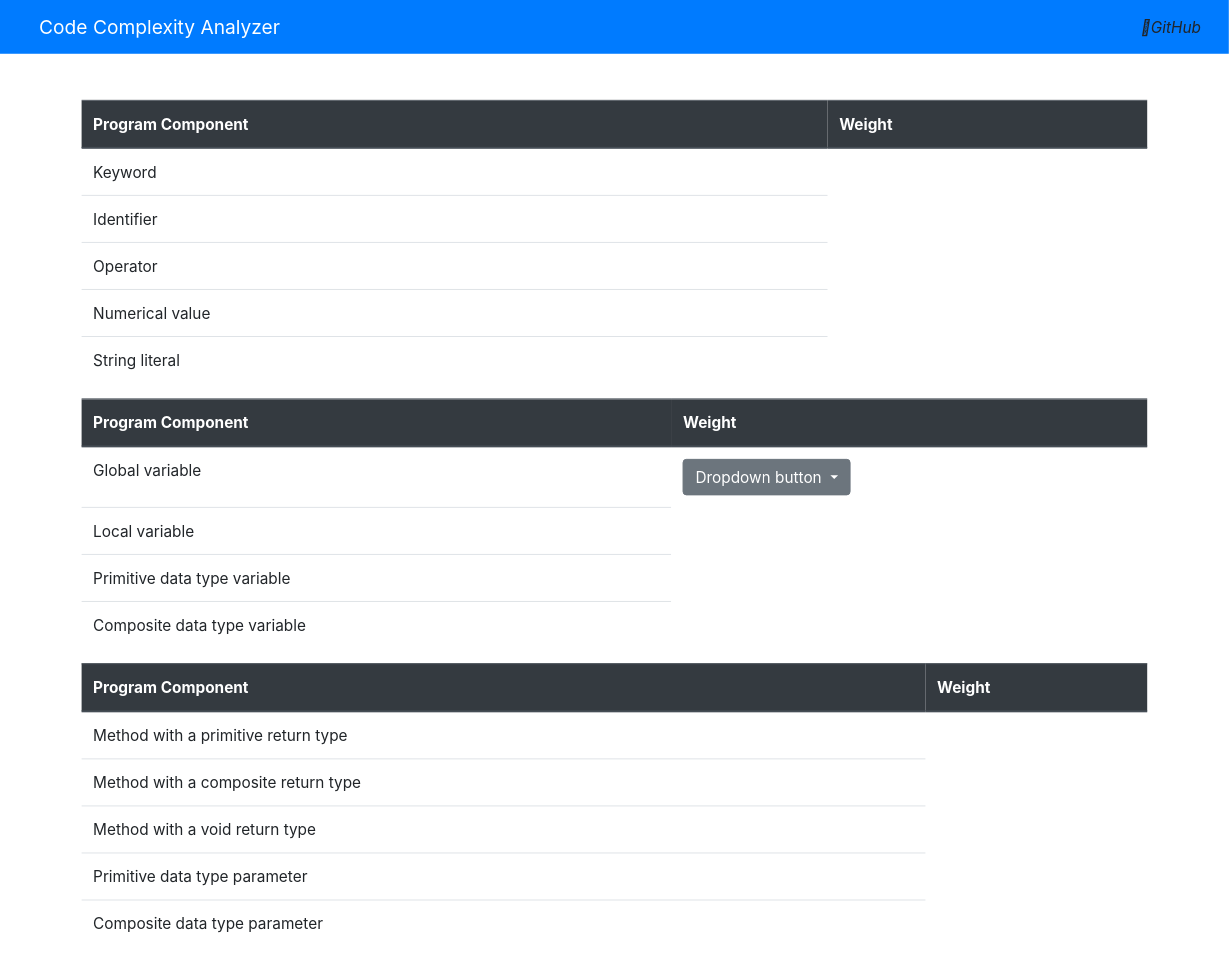
Repository: DinuwanB/Code-Complexity-Analyzer
Page: http://localhost/ITPM/Weight.jsp
These files come from the project's save history. The page is drawn as it stood at one moment and after the next save; the edit follows.
The browser window is 1280 px wide. The pictures show the whole page, at 96% of full size.
The page is served by Tomcat 9. Other server files are loaded and not shown.

Above is the page before, as saved 2020-05-21 14:40:24.

### ITPM/src/main/webapp/Weight.jsp
<%@ page language="java" contentType="text/html; charset=ISO-8859-1"
    pageEncoding="ISO-8859-1"%>
<!DOCTYPE html>
<html>
<head>
<meta charset="ISO-8859-1">
<title>Weight</title>
<link rel="stylesheet"
	href="https://stackpath.bootstrapcdn.com/bootstrap/4.4.1/css/bootstrap.min.css"
	integrity="sha384-Vkoo8x4CGsO3+Hhxv8T/Q5PaXtkKtu6ug5TOeNV6gBiFeWPGFN9MuhOf23Q9Ifjh"
	crossorigin="anonymous">
<link
	href="https://stackpath.bootstrapcdn.com/font-awesome/4.7.0/css/font-awesome.min.css"
	rel="stylesheet"
	integrity="sha384-wvfXpqpZZVQGK6TAh5PVlGOfQNHSoD2xbE+QkPxCAFlNEevoEH3Sl0sibVcOQVnN"
	crossorigin="anonymous">
</head>
<body>
<nav class="navbar navbar-dark bg-primary">
		<div class="container">
			<a class="navbar-brand" href="#">Code Complexity Analyzer</a>
		</div>
		<button class="btn btn" type="submit" id="inputGroupFileAddon04">
			<i class="fab fa-github-square">GitHub</i>
		</button>

	</nav>
	<br>
	<br>
	<form action="upload" method="POST" enctype="multipart/form-data">
			<div class="container">
	<table class="table">
  <thead class="thead-dark">
    <tr>
      <th scope="col">Program Component</th>
      <th scope="col">Weight</th>
    </tr>
  </thead>
  <tbody>
    <tr>
      <td>Keyword</td>
    </tr>
    <tr>
     <td>Identifier</td>
    </tr>
  	<tr>
  	 <td>Operator</td>
  	</tr>
  	<tr>
  	<td>Numerical value</td>
    </tr>
    <tr>
    <td>String literal</td>
    </tr>
  </tbody>
</table>
<table class="table">
  <thead class="thead-dark">
    <tr>
      <th scope="col">Program Component</th>
      <th scope="col">Weight</th>
    </tr>
  </thead>
  <tbody>
    <tr>
      <td>Global variable</td>
      <td>
      <div class="dropdown">
  <button class="btn btn-secondary dropdown-toggle" type="button" id="dropdownMenuButton" data-toggle="dropdown" aria-haspopup="true" aria-expanded="false">
    Dropdown button
  </button>
  <div class="dropdown-menu" aria-labelledby="dropdownMenuButton">
    <a class="dropdown-item" href="#">Action</a>
    <a class="dropdown-item" href="#">Another action</a>
    <a class="dropdown-item" href="#">Something else here</a>
  </div>
</div>
</td>
    </tr>
    <tr>
     <td>Local variable</td>
    </tr>
  	<tr>
  	 <td>Primitive data type variable</td>
  	</tr>
  	<tr>
  	<td>Composite data type variable</td>
    </tr>
  </tbody>
</table>
<table class="table">
  <thead class="thead-dark">
    <tr>
      <th scope="col">Program Component</th>
      <th scope="col">Weight</th>
    </tr>
  </thead>
  <tbody>
    <tr>
      <td>Method with a primitive return type</td>
    </tr>
    <tr>
     <td>Method with a composite return type</td>
    </tr>
  	<tr>
  	 <td>Method with a void return type</td>
  	</tr>
  	<tr>
  	<td>Primitive data type parameter</td>
    </tr>
    <tr>
    <td>Composite data type parameter</td>
    </tr>
  </tbody>
</table>
</div>
		</form>
</body>
</html>

After the next save:
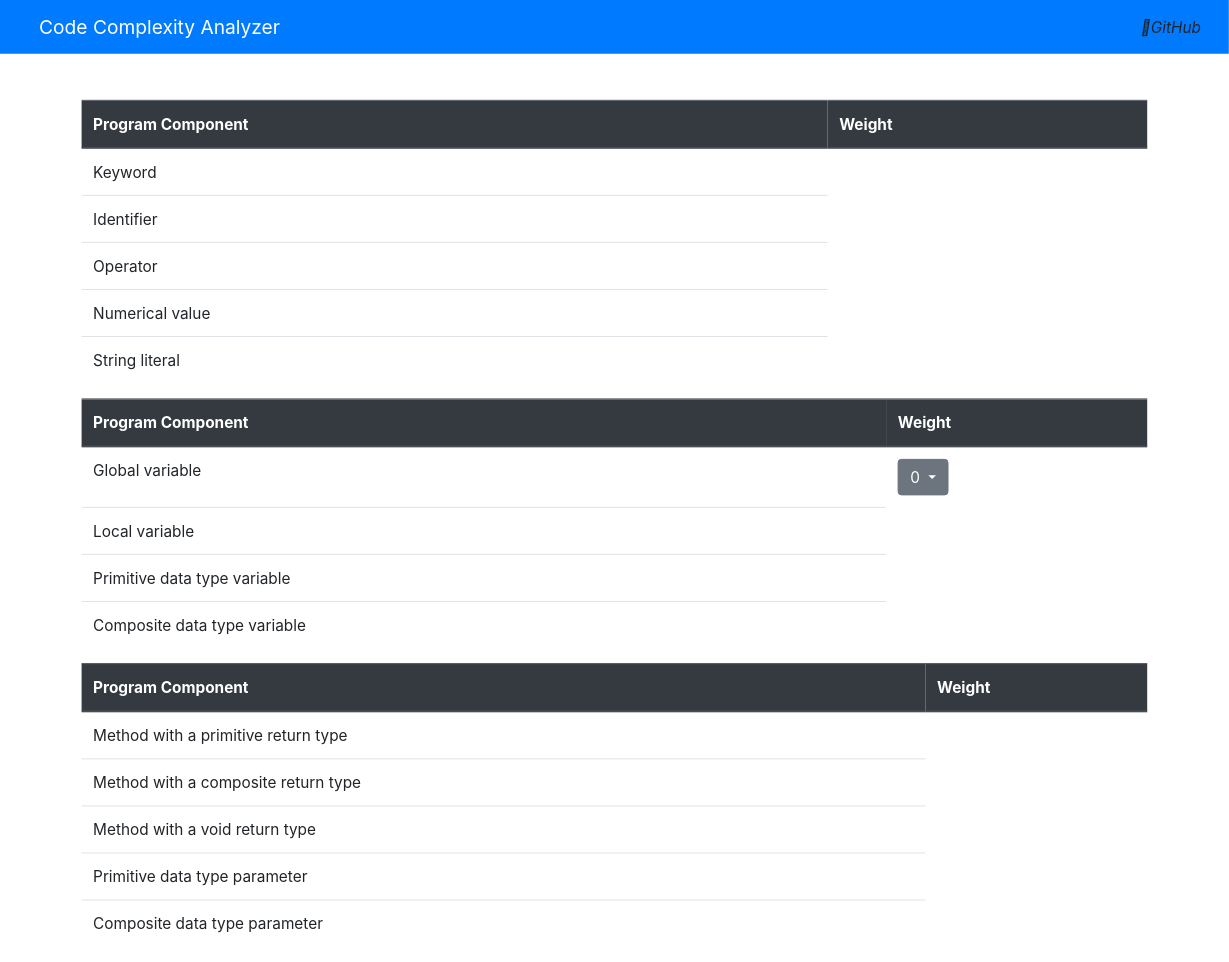
Saved 2 min 22 s later.
--- a/ITPM/src/main/webapp/Weight.jsp
+++ b/ITPM/src/main/webapp/Weight.jsp
@@ -67,12 +67,13 @@
       <td>
       <div class="dropdown">
   <button class="btn btn-secondary dropdown-toggle" type="button" id="dropdownMenuButton" data-toggle="dropdown" aria-haspopup="true" aria-expanded="false">
-    Dropdown button
+    0
   </button>
   <div class="dropdown-menu" aria-labelledby="dropdownMenuButton">
-    <a class="dropdown-item" href="#">Action</a>
-    <a class="dropdown-item" href="#">Another action</a>
-    <a class="dropdown-item" href="#">Something else here</a>
+    <a class="dropdown-item" href="#">1</a>
+    <a class="dropdown-item" href="#">2 </a>
+    <a class="dropdown-item" href="#">3</a>
+
   </div>
 </div>
 </td>

After the 2 saves that followed:
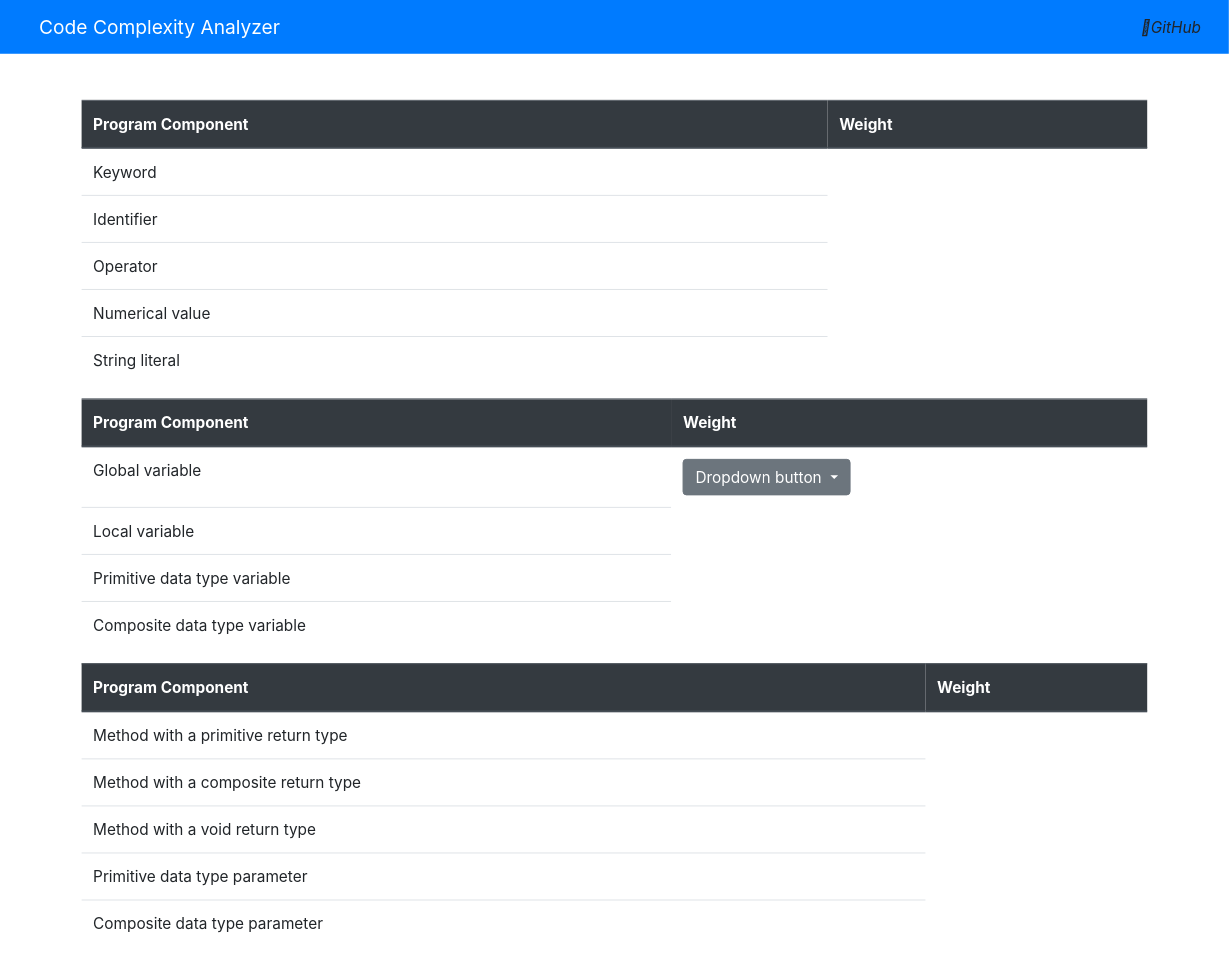
The 2 saves are shown as one change because 1 left the picture as it was.
The last was saved 46 s later.
--- a/ITPM/src/main/webapp/Weight.jsp
+++ b/ITPM/src/main/webapp/Weight.jsp
@@ -67,13 +67,12 @@
       <td>
       <div class="dropdown">
   <button class="btn btn-secondary dropdown-toggle" type="button" id="dropdownMenuButton" data-toggle="dropdown" aria-haspopup="true" aria-expanded="false">
-    0
+    Dropdown button
   </button>
   <div class="dropdown-menu" aria-labelledby="dropdownMenuButton">
-    <a class="dropdown-item" href="#">1</a>
-    <a class="dropdown-item" href="#">2 </a>
-    <a class="dropdown-item" href="#">3</a>
-
+    <a class="dropdown-item" href="#">Action</a>
+    <a class="dropdown-item" href="#">Another action</a>
+    <a class="dropdown-item" href="#">Something else here</a>
   </div>
 </div>
 </td>
